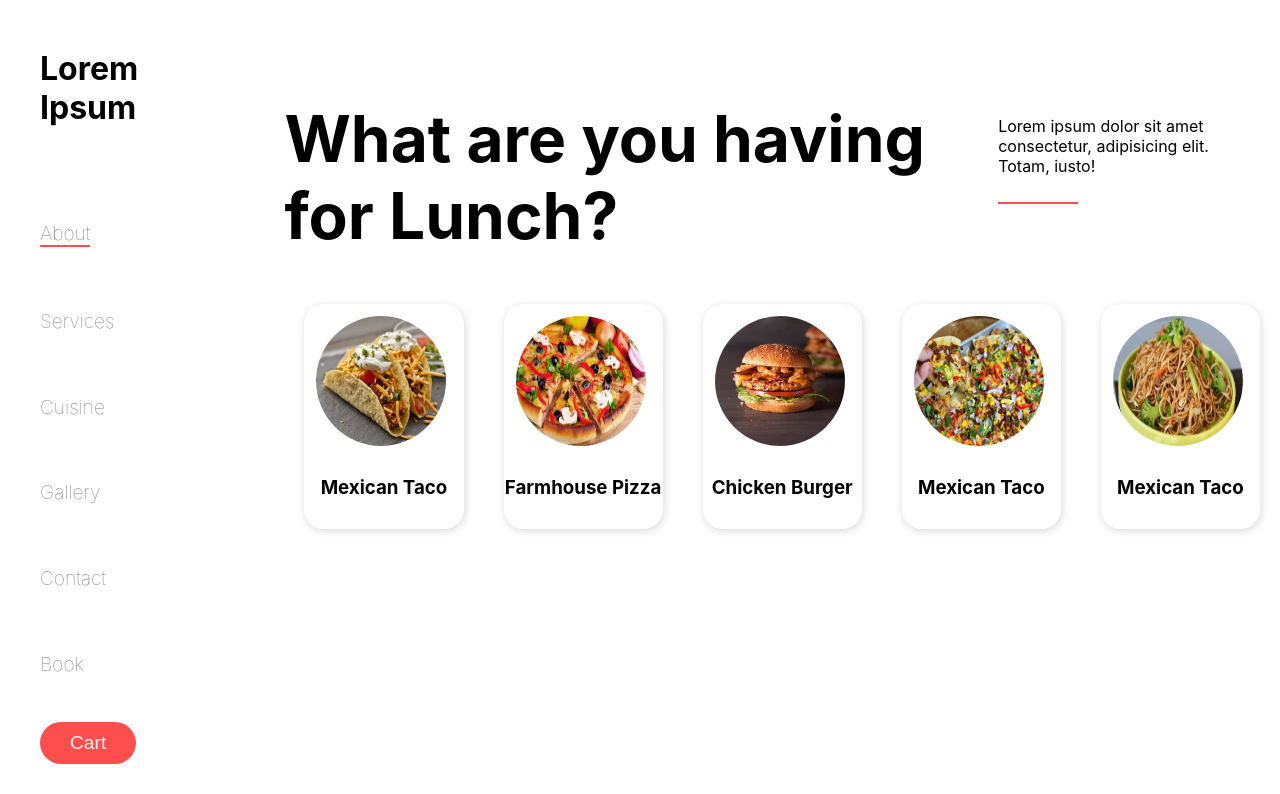
Repository: Marlstergo/assignment2
Page: /
An editor plug-in stored every save of this project. The page is shown before and after a run of saves, followed by the edit.
The browser window is 1280 px wide. The pictures show the whole page.
The project was rebuilt for these pictures with package versions that can differ from the ones it lists, and the page was loaded fresh each time.

Above is the page before, as saved 2021-07-27 03:24:07.

After the next 2 saves:
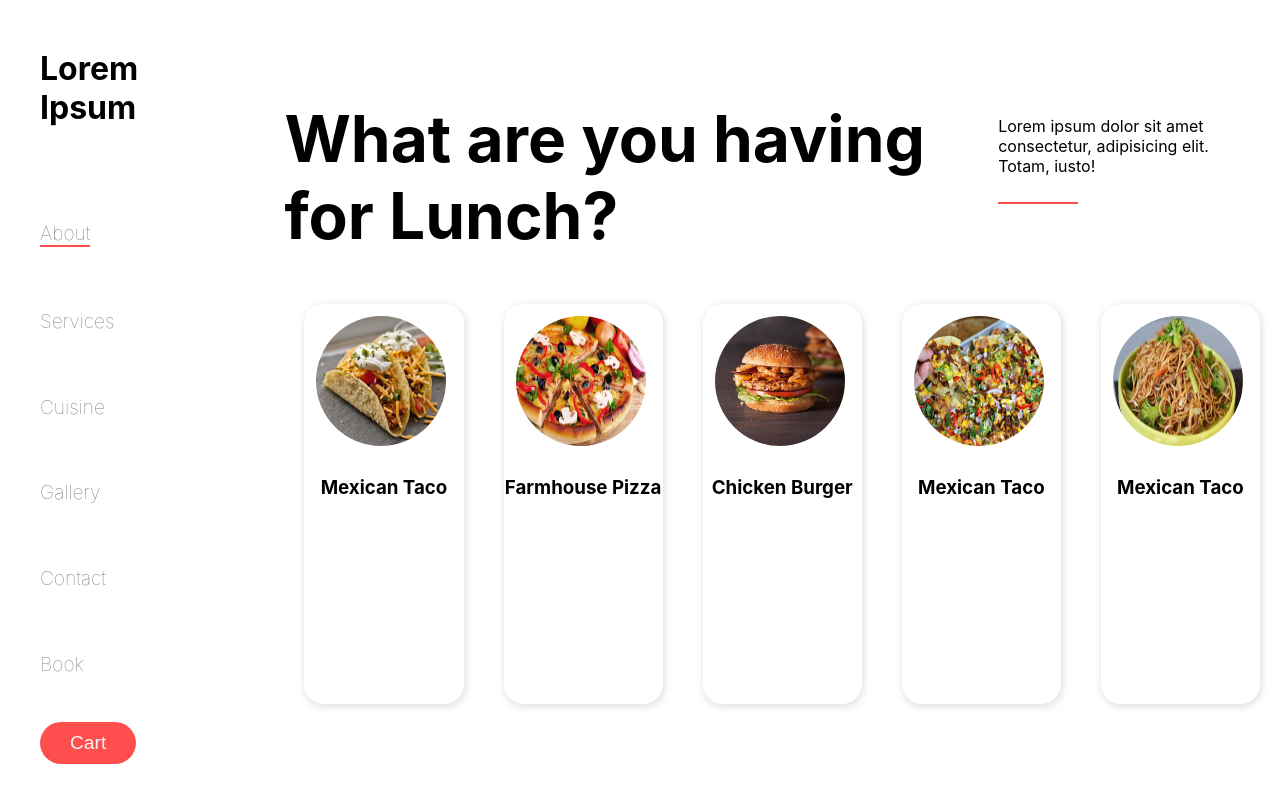
The 2 saves are shown as one change because they came seconds apart.
The last was saved 23 s later.
--- a/src/App.css
+++ b/src/App.css
@@ -135,7 +135,7 @@ h1{
   margin-right: 20px;
   /* background-color: aqua; */
   border-radius: 20px;
-  /* height: 200px; */
+  height: 400px;
   width: 300px;
   box-shadow: 1px 2px 8px rgb(220, 216, 216);
 }
